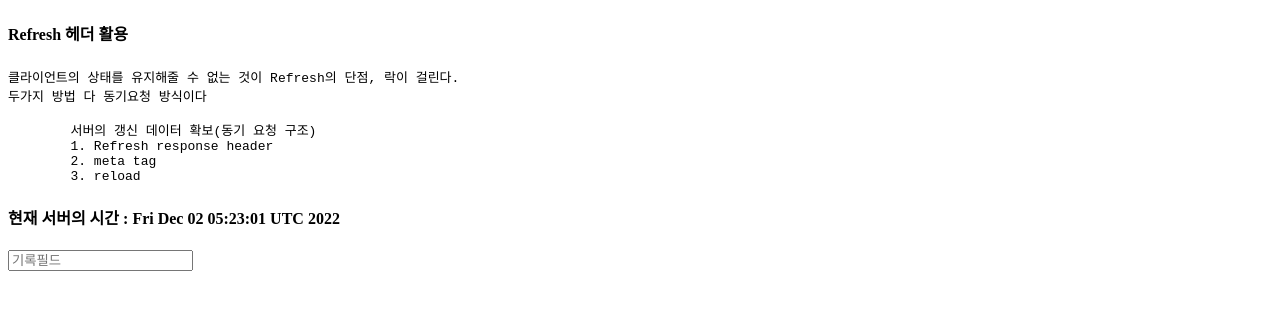
Repository: YOUNARAE/JSP
Page: http://localhost/WebStudy01/05/autoRequest.jsp
The author's editor kept a copy of each file at every save. The page is drawn from the files as they stood at one save, then again after a run of saves.
The browser window is 1280 px wide. The pictures show the whole page.
The page is served by Tomcat 9.

Above is the page before, as saved 2022-12-13 08:03:58.
Console error: ReferenceError: radioBtns is not defined

After the next 2 saves:
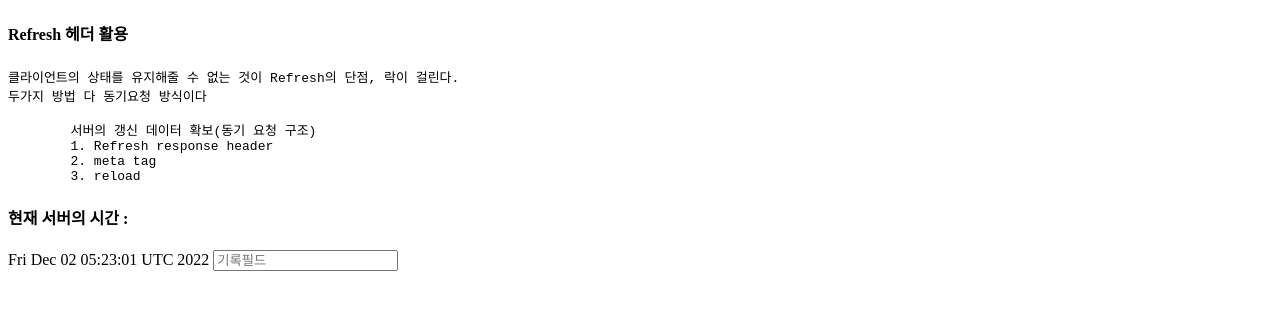
The error is gone.
Not found: WebStudy01/05/getServerTime
The 2 saves are shown as one change because they came seconds apart.
The last was saved 18 s later.
--- a/WebStudy01/src/main/webapp/05/autoRequest.jsp
+++ b/WebStudy01/src/main/webapp/05/autoRequest.jsp
@@ -22,60 +22,27 @@
 	2. meta tag
 	3. reload
 </pre>
-<h4>현재 서버의 시간 : <span id="timeArea"><%=new Date()%></span></h4>
+<h4>현재 서버의 시간 : <span id="timeArea"> </span></h4>
+
+<%=new Date()%>
 <input type="text" placeholder="기록필드"/>
 
 <script>
-let timeArea = $("#timeArea");
-
-let successes = {
-		json:function(resp){
-			console.log(resp);
-			greetingArea.text(resp.message);
-		},
-		xml:function(docResp){
-			console.log(docResp);
-			let message = $(docResp).find("message").text();
-			greetingArea.html(message);
-		},
-		text:function(plain){
-			console.log(plain);
-			greetingArea.html(plain);
-		}
+// 	setTimeout(() => {
+// 		location.reload();
+// 	}, 1000);
+$.ajax({
+	url : "/05/getServerTime",
+	dataType : "json",
+	success : function(resp) {
+		resp.now()
+	},
+	error : function(jqXHR, status, error) {
+		console.log(jqXHR);
+		console.log(status);
+		console.log(error);
 	}
-
-	let settings={
-		url : "<%=request.getContextPath() %>/04/getGreetingMessage",
-
-		error : function(jqXHR, status, error) {
-			console.log(jqXHR);
-			console.log(status);
-			console.log(error);
-		}
-	};
-
-	radioBtns.on("change",function(){
-//		greetingArea.empty();
-		greetingArea.html("");
-		let dataType = dataTypes.filter(":checked").data("dataType");
-		settings.dataType=dataType;
-		settings.success=successes[dataType];
-		settings.data={
-// 			name:greetingArea.data("key1")
- 			name:greetingArea.attr("data-key1")
-		}
-		let locale = locales.filter(":checked").data("locale");
-		if(locale){
-// 			settings.data = {
-// 				locale:locale
-// 			}
-			settings.data.locale=locale;
-		}
-		console.log("===========================");
-		console.log(settings);
-		console.log("===========================");
-		$.ajax(settings);
-	}).trigger("change");
+});
 </script>
 </body>
 </html>
